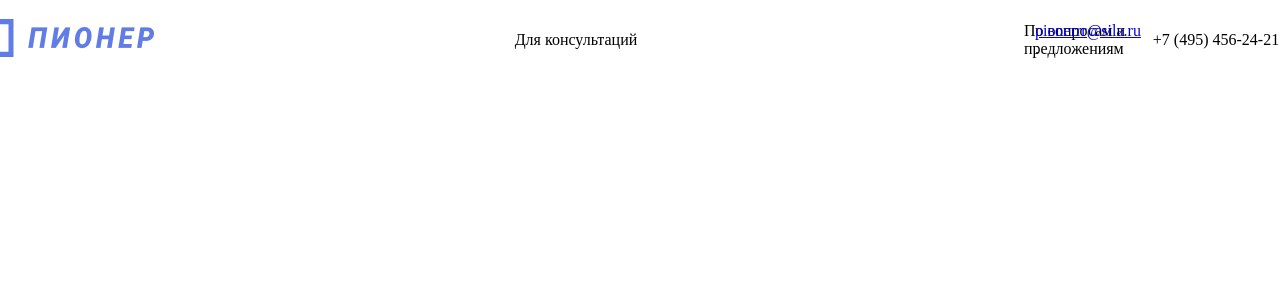
Repository: VictoriSyh/week6
Page: pioner.html
The author's editor kept a copy of each file at every save. The page is drawn from the files as they stood at one save, then again after a run of saves.
The browser window is 1280 px wide. The pictures show the whole page.

Above is the page before, as saved 2024-12-16 22:43:30.

### pioner.html
<!DOCTYPE html>
<html lang="ru">
<head>
    <link rel="stylesheet" href="/styles/normalize.css">
    <link rel="stylesheet" href="/styles/stylepioner.css">
    <meta charset="UTF-8">
    <meta name="viewport" content="width=device-width, initial-scale=1.0">
    <link rel="shortcut icon" href="https://www.svgrepo.com/show/529024/home-wifi-angle.svg"
    type="image/svg">
    <title>ПИОНЕР</title>
</head>
<body>
    <header>
        <div>
            <img src="./assets/img/logo.png" alt="ПИОНЕР" />
          </div>
          <div class="text1">По вопросам и предложениям</div>
        <div class="e-mail"><a href="pionerrr@sila.ru">pionerrr@sila.ru</a>.</div>
        <div class="text2">Для консультаций</div>
       <div class="phone">+7 (495) 456-24-21</div>
    </header>
</body>
</html>

### styles/stylepioner.css
header{
    display: grid;
    grid-template-columns: 10% 70% 10% 10%;
    align-items: center;
    justify-items: center;
    height: 80px;
}
.text1{
    display: grid;
    grid-row: 1/2;
    grid-column:3/4;
}

.e-mail{
    display: grid;
    grid-row: 1/2;
    grid-column:3/4;
}

Loaded but not shown: styles/normalize.css (library)

After the next 2 saves:
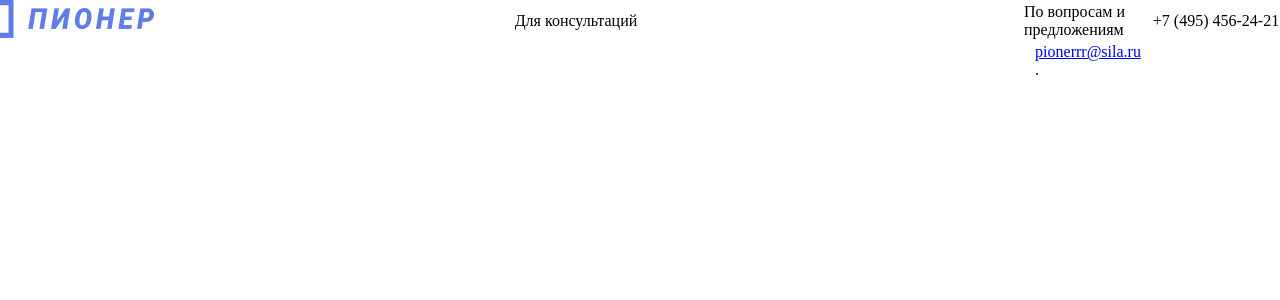
The 2 saves are shown as one change because they came seconds apart.
The last was saved 8 s later.
--- a/styles/stylepioner.css
+++ b/styles/stylepioner.css
@@ -13,6 +13,6 @@
 
 .e-mail{
     display: grid;
-    grid-row: 1/2;
+    grid-row: 3/4;
     grid-column:3/4;
 }
